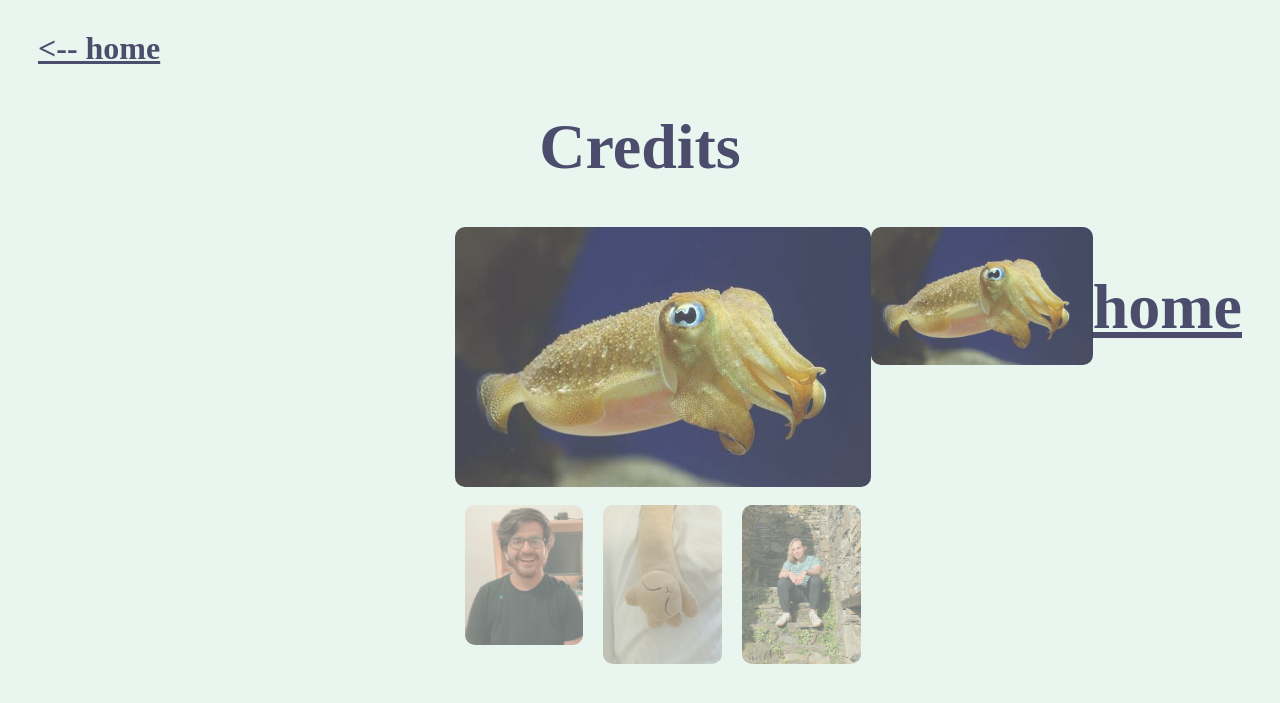
Repository: neomort/comm-lab-vid-site
Page: links.html
These files come from the project's save history. The page is drawn as it stood at one moment and after the next save; the edit follows.
The browser window is 1280 px wide. The pictures show the whole page.

Above is the page before, as saved 2021-09-23 16:09:37.

After the next save:
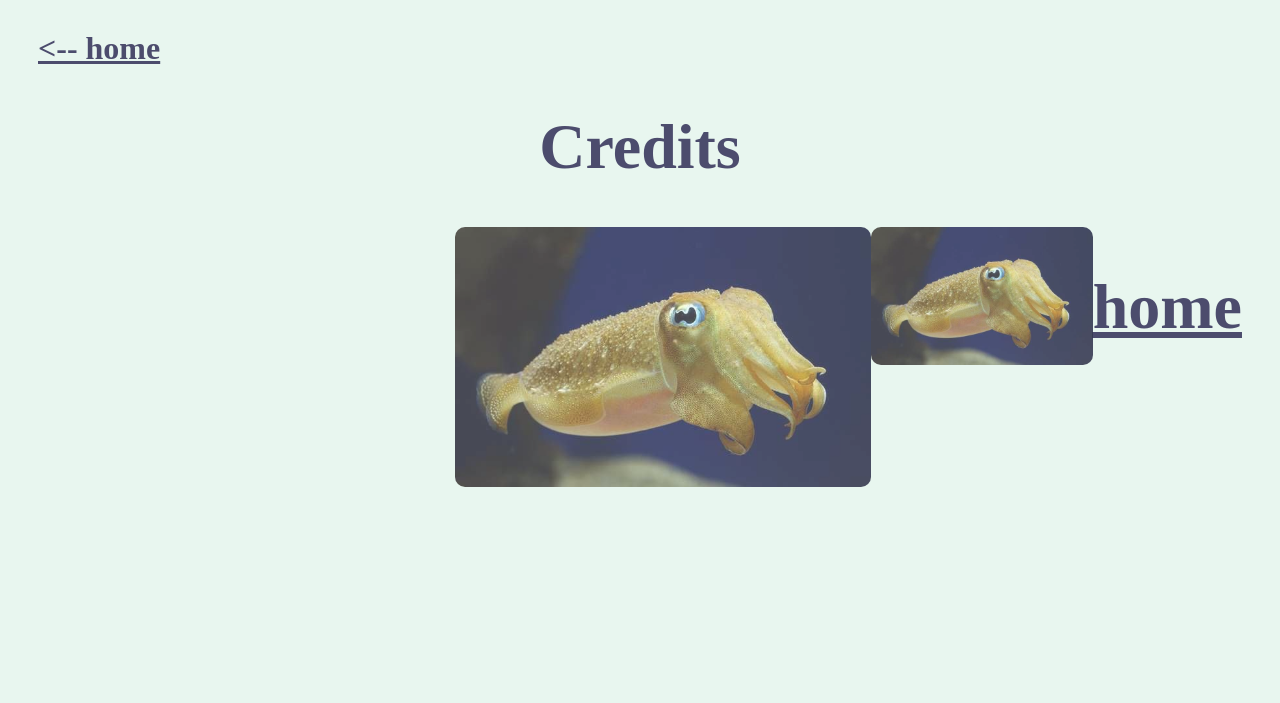
Saved 53 s later.
--- a/links.html
+++ b/links.html
@@ -21,21 +21,21 @@
           <img class="image-1" src="images/cuddle.jpg" />
           <H1 class="font centered-text text-light show">Creators</H1>
           <div class="row">
-                    <div class="column container">
+                    <div class="column container font centered-text text-light show">
                      <img class="image-1" src="images/maaz.jpeg" />
-                     <H3 class="font centered-text text-light show">Maaz</H3>
+                     <H3 >Maaz</H3>
                     </div>
                     <div class="column container font centered-text text-light show">
                       <img class="image-1" src="images/geongin.jpeg" />
                       <H3 >geongin</H3>
                      </div>
-                     <div class="column container">
+                     <div class="column container font centered-text text-light show">
                       <img class="image-1" src="images/cat.jpeg" />
-                      <H3 class="font centered-text text-light show">cat</H3>
+                      <H3 >cat</H3>
                      </div>
-                     <div class="column container">
+                     <div class="column container font centered-text text-light show">
                        <img class="image-1" src="images/kyle.jpeg" />
-                       <H3 class="font centered-text text-light show">Kyle/H3>
+                       <H3 >Kyle/H3>
                       </div>
 
         </div>
